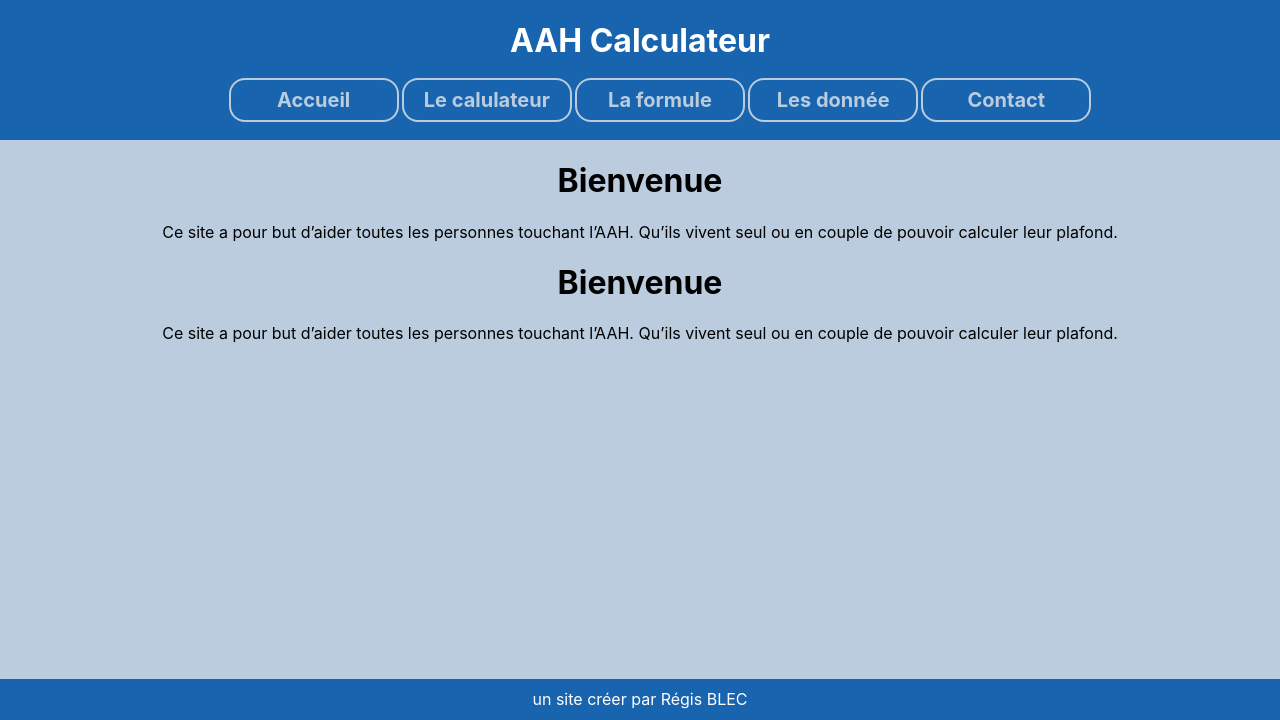
Repository: Cide74/calculateur-aah
Page: /
These files come from the project's save history. The page is drawn as it stood at one moment and after the next save; the edit follows.
The browser window is 1280 px wide. The pictures show the whole page.
The project was rebuilt for these pictures with package versions that can differ from the ones it lists, and the page was loaded fresh each time. Also part of the build but not shown: src/components/Calculator/Calculator.scss.

Above is the page before, as saved 2021-04-05 16:55:23.

After the next save:
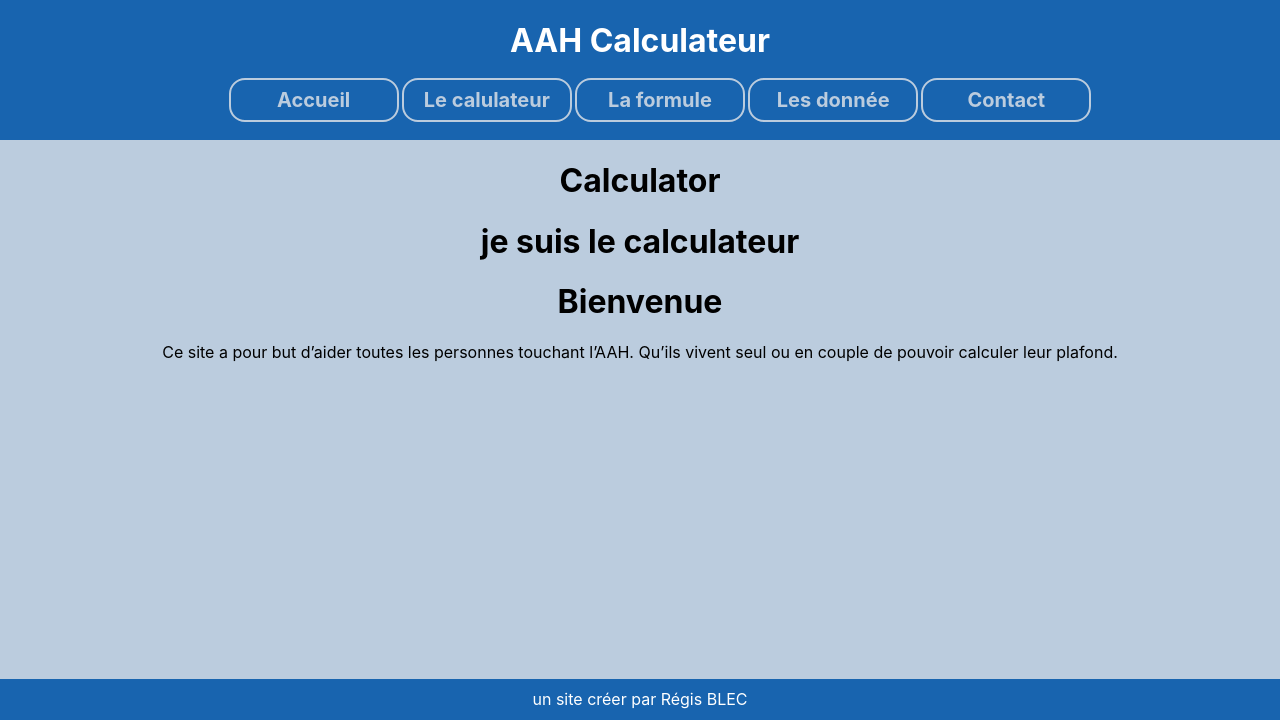
Saved 19 s later.
--- a/src/components/Main/Main.js
+++ b/src/components/Main/Main.js
@@ -1,12 +1,12 @@
 import Home from '../Home/Home';
-import Calculator from '../Home/Home';
+import Calculator from '../Calculator/Calculator';
 
 import './Main.scss';
 
 export default function Main() {
   return (
     <div className="Main">
-      < Home />
+      < Calculator />
       < Home />
     </div>
   );
